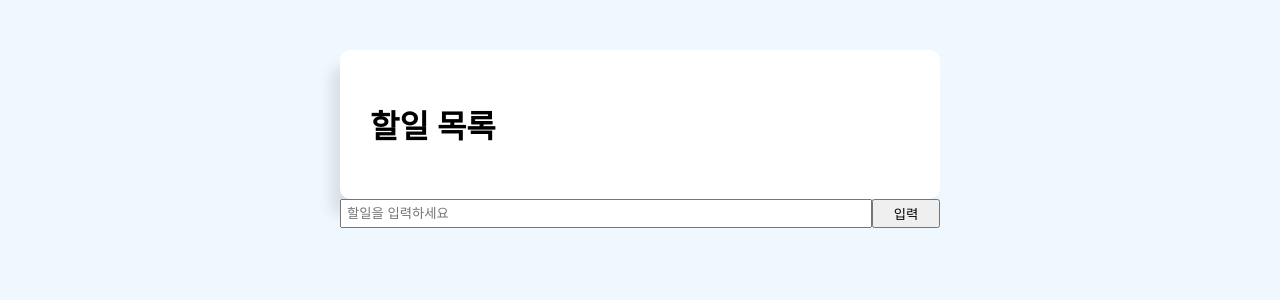
Repository: siwon9898/react-learn
Page: /
An editor plug-in stored every save of this project. The page is shown before and after the next save, followed by the edit.
The browser window is 1280 px wide. The pictures show the whole page.
The project was rebuilt for these pictures with package versions that can differ from the ones it lists, and the page was loaded fresh each time.

Above is the page before, as saved 2023-03-30 11:22:26.

After the next save:
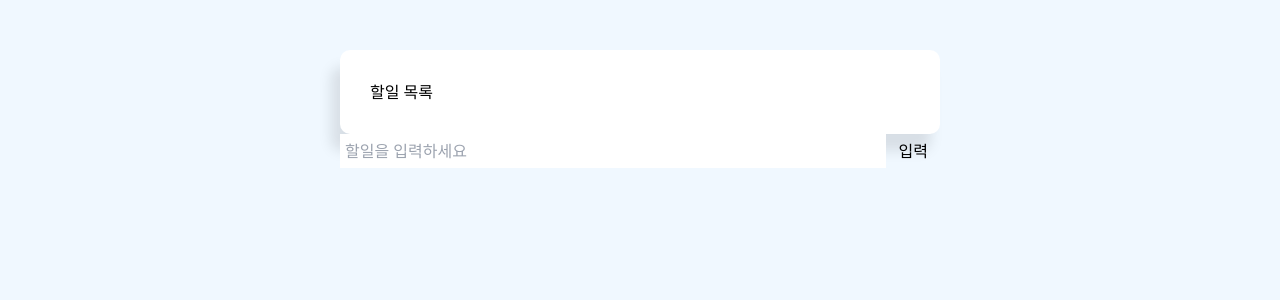
Saved 25 s later.
--- a/src/App.css
+++ b/src/App.css
@@ -1,3 +1,6 @@
+@tailwind base;
+@tailwind components;
+@tailwind utilities;
 
 .container {
   margin: auto;
@@ -9,5 +12,5 @@
   margin-top: 50px;
   background-color: #fff;
   border-radius: 10px;
-  box-shadow: -9px 17px 13px rgb(0,0,0,0.1);
+  box-shadow: -9px 17px 13px rgb(0, 0, 0, 0.1);
 }
